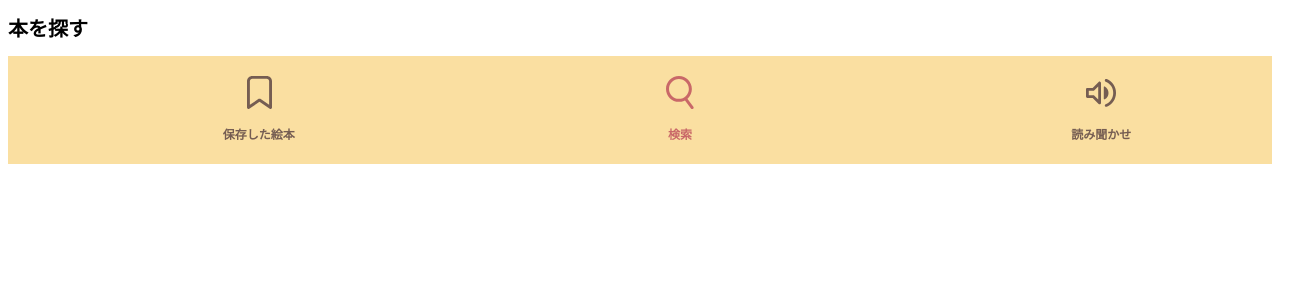
Repository: kmii12/2024-teampj
Page: /
An editor plug-in stored every save of this project. The page is shown before and after the next save, followed by the edit.
The browser window is 1280 px wide. The page is 1312 px wide, so the pictures cover 1312 px, including what lies to the right of the window. The pictures show the whole page.
Some web fonts or font styles are not loaded; a fallback is used. The project was rebuilt for these pictures with package versions that can differ from the ones it lists, and the page was loaded fresh each time. The framework's server and built-in components were replaced by stand-ins that run in the browser. Also part of the build but not shown: next.config.mjs.

Above is the page before, as saved 2024-10-22 10:32:34.

After the next save:
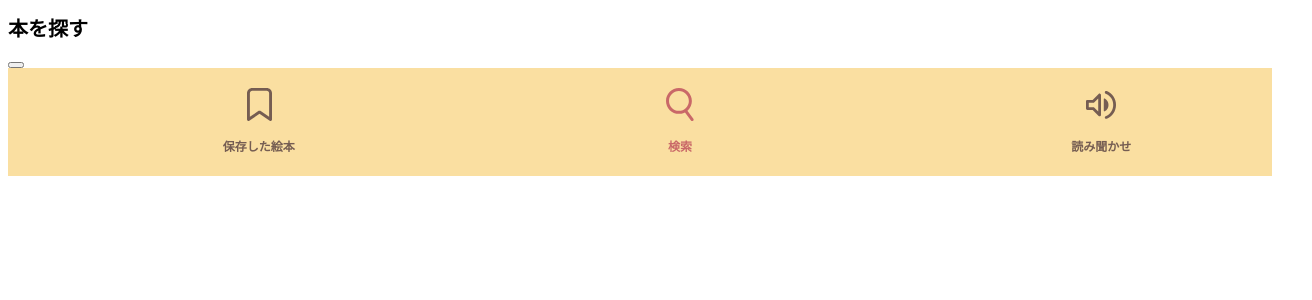
Saved 5 s later.
--- a/src/app/page.tsx
+++ b/src/app/page.tsx
@@ -2,6 +2,10 @@ export default function Home() {
   return (
     <>
       <h1>本を探す</h1>
+
+      <div>
+        <button></button>
+      </div>
     </>
   );
 }
